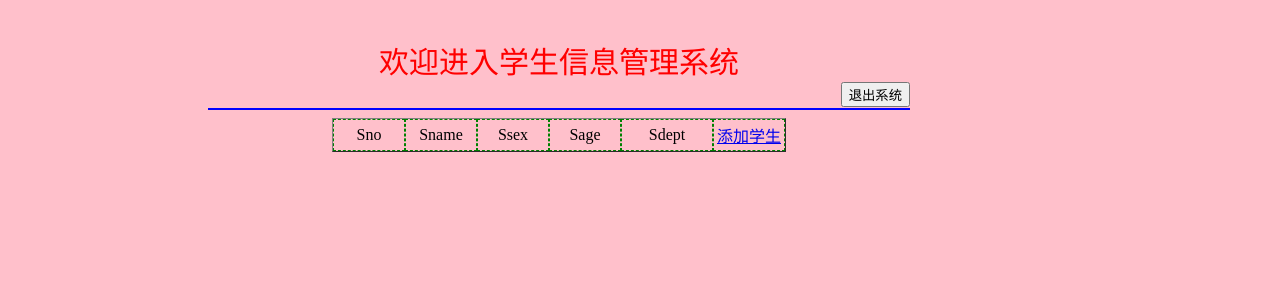
Repository: YuHaoXiang/Yhx
Page: http://localhost/StudentMsg/login.jsp
These files come from the project's save history. The page is drawn as it stood at one moment and after the next save; the edit follows.
The browser window is 1280 px wide. The pictures show the whole page.
The page is served by Tomcat 9. Other server files are loaded and not shown. Queries for data that is not in the repository find no rows.

Above is the page before, as saved 2016-03-03 10:18:59.

### StudentMsg/WebContent/login.jsp
<%@page import="java.sql.*"%>
<%@ page language="java" contentType="text/html; charset=utf-8"
    pageEncoding="utf-8"%>
<!DOCTYPE html PUBLIC "-//W3C//DTD HTML 4.01 Transitional//EN" "http://www.w3.org/TR/html4/loose.dtd">
<html>
<head>
<meta http-equiv="Content-Type" content="text/html; charset=utf-8">
<title>Insert title here</title>
<style>
    body{
        position: absolute;
        top:30px;
        left: 200px;
        background: pink;
    }
    td{
        width: 70px;
        height: 30px;
        border:1px dashed green;
    }
    #tou{
        text-align: center;
        color: red;
        font-size: 30px;
    }
    #dept{
       width:90px;
    }
    #tuichu{
      color:black;
      font-family:"黑体";
      float:right;
    }
</style>
</head>
<body>
<div id="tou">欢迎进入学生信息管理系统</div>
<div id="tuichu">
<input type="button" name="exit" value="退出系统" >
</div>
<br>
<hr color="blue" width="700px" align="center">
<%

        String url="jdbc:sqlserver://localhost;DatabaseName=Yhx";
        String useName="sa";
        String password="950830";
        String sql=null;
        Connection conn=null;
        PreparedStatement pstm=null;

        try{
        	Class.forName("com.microsoft.sqlserver.jdbc.SQLServerDriver");
    }catch(ClassNotFoundException e)
    {
    	out.print("加载驱动异常");
    }

    try{
    conn=DriverManager.getConnection(url,useName,password);
    sql="select Sno,Sname,Ssex,Sage,Sdept from student";
    pstm=conn.prepareStatement(sql);
    ResultSet rs=pstm.executeQuery();
%>
<center >
<table   border="1" cellspacing="0" cellpadding="0" >
<tr>
	<td  align="center">Sno</td>
	<td  align="center">Sname</td>
	<td  align="center">Ssex</td>
	<td  align="center">Sage</td>
	<td  id="dept" width="90" align="center">Sdept</td>
	<td  align="center"colspan="2"><a href="add.jsp">添加学生</a></td>
</tr>


<%

    while(rs.next())
    {
	  int id=rs.getInt(1);
	  String name=rs.getString(2);
	  String sex=rs.getString(3);
	  int age=rs.getInt(4);
	  String dept=rs.getString(5);

%>

<tr>
	<td align="center"><%=id %></td>
	<td align="center"><%=name%></td>
	<td align="center"><%=sex%></td>
	<td align="center"><%=age%></td>
	<td align="center"><%=dept%></td>
	<td align="center"><a href="xiugai.jsp">修改</a></td>
	<td align="center">
<a href="DBServlet?name=<%=name %>&type=del">删除</a>
</td>
</tr>
<%
}
    rs.close();
    pstm.close();
    }catch(SQLException e)
    {
    	out.print("出现sql异常");
    }
    finally{
    	try
    	{
    		conn.close();
    	}catch(Exception e)
    	{
    		out.print("关闭数据库异常");
    	}
    }
    %>
      </table>
      <center>
</body>
</html>

After the next save:
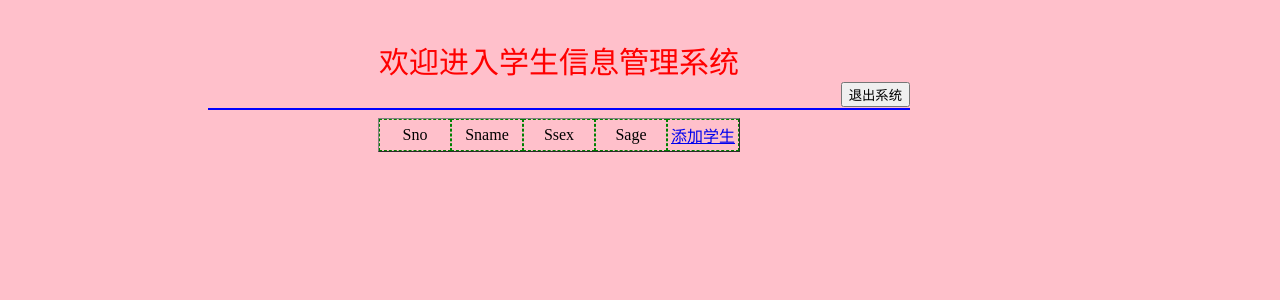
Saved 107 s later.
--- a/StudentMsg/WebContent/login.jsp
+++ b/StudentMsg/WebContent/login.jsp
@@ -58,7 +58,7 @@
 
     try{
     conn=DriverManager.getConnection(url,useName,password);
-    sql="select Sno,Sname,Ssex,Sage,Sdept from student";
+    sql="select Sno,Sname,Ssex,Sage from Student";
     pstm=conn.prepareStatement(sql);
     ResultSet rs=pstm.executeQuery();
 %>
@@ -69,7 +69,6 @@
 	<td  align="center">Sname</td>
 	<td  align="center">Ssex</td>
 	<td  align="center">Sage</td>
-	<td  id="dept" width="90" align="center">Sdept</td>
 	<td  align="center"colspan="2"><a href="add.jsp">添加学生</a></td>
 </tr>
 
